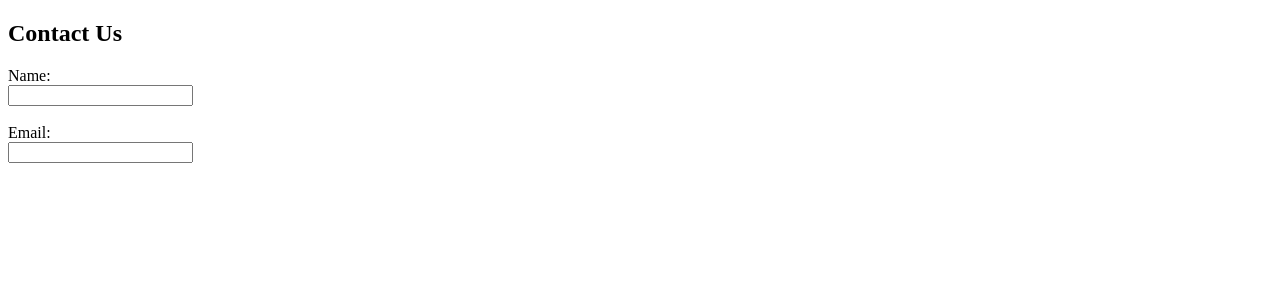
Repository: anik3395/JavaServletProjects
Page: eclipse-workspace/SimpleContactFormApplication/src/main/webapp/index.html
These files come from the project's save history. The page is drawn as it stood at one moment and after the next save; the edit follows.
The browser window is 1280 px wide. The pictures show the whole page.

Above is the page before, as saved 2024-10-22 08:58:13.

After the next save:
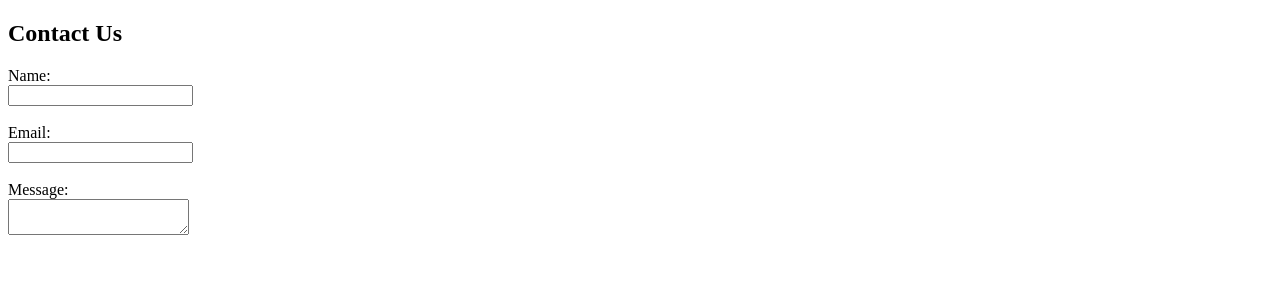
Saved 62 s later.
--- a/eclipse-workspace/SimpleContactFormApplication/src/main/webapp/index.html
+++ b/eclipse-workspace/SimpleContactFormApplication/src/main/webapp/index.html
@@ -14,6 +14,9 @@
          <label for="email">Email:</label><br>
          <input type="email" id="email" name="email" required><br><br>
 
+        <label for="message">Message:</label><br>
+        <textarea id="message" name="message" required></textarea><br><br>
+
 
 </body>
 </html>
